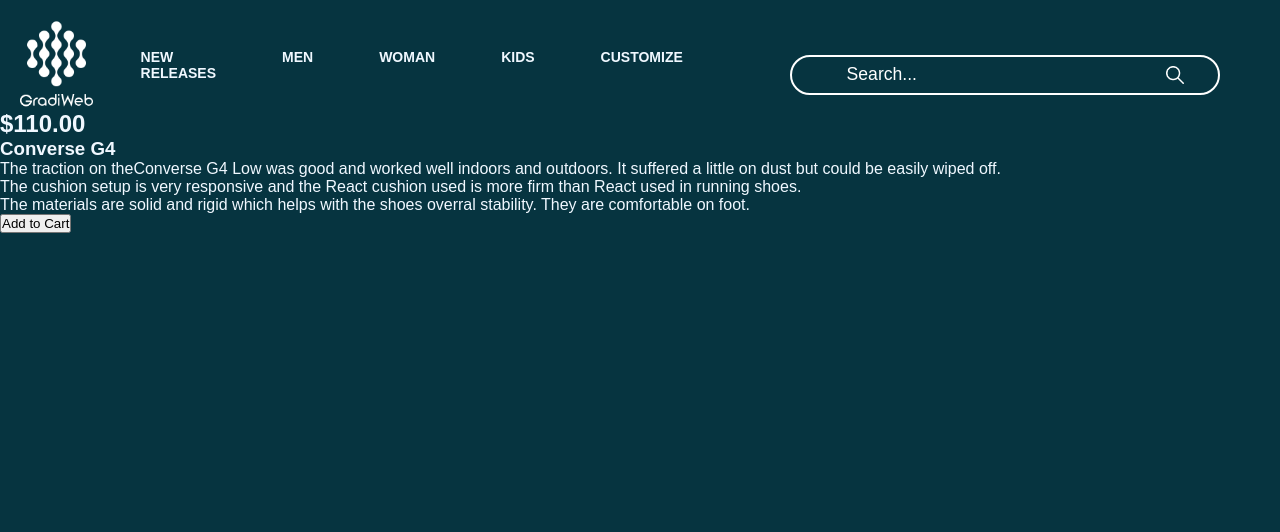
Repository: Cherced/Gradiweb
Page: /
An editor plug-in stored every save of this project. The page is shown before and after the next save, followed by the edit.
The browser window is 1280 px wide. The pictures show the whole page.
The project was rebuilt for these pictures with package versions that can differ from the ones it lists, and the page was loaded fresh each time. The framework's server and built-in components were replaced by stand-ins that run in the browser.

Above is the page before, as saved 2022-07-07 19:26:57.

After the next save:
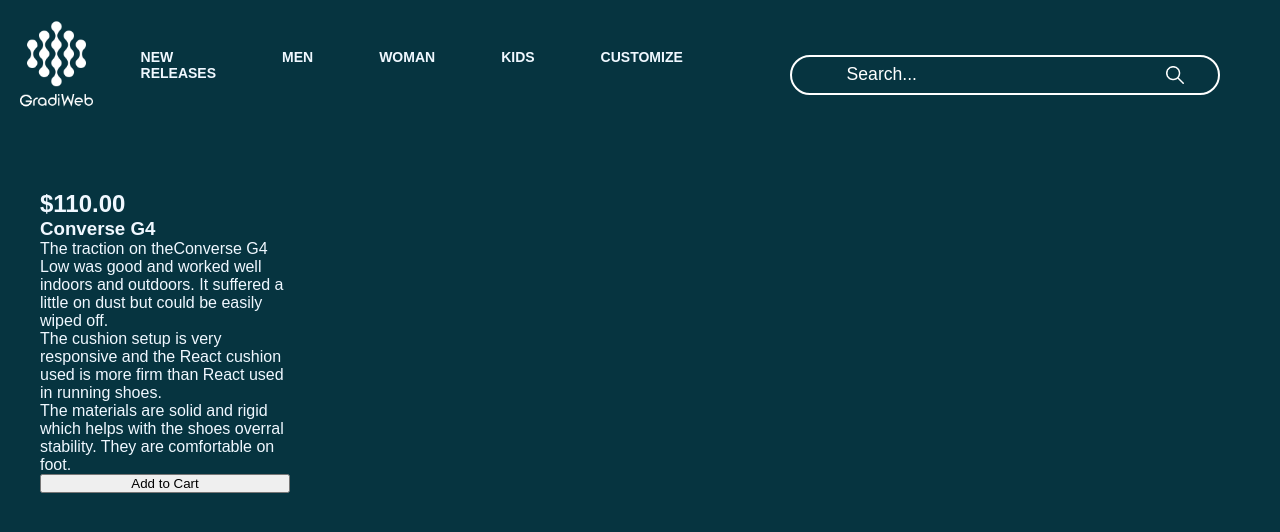
Saved 44 s later.
--- a/sass/components/molecules/_main.scss
+++ b/sass/components/molecules/_main.scss
@@ -5,7 +5,13 @@
     width: 100%;
     display: flex;
     .main__description--container{
-
+        width: 250px;
+        height: auto;
+        display: flex;
+        margin-block-start: 80px;
+        margin-inline-start: 40px;
+        flex-direction: column;
+        margin-bottom: 70px;
     }
     .main__product--container{
 
